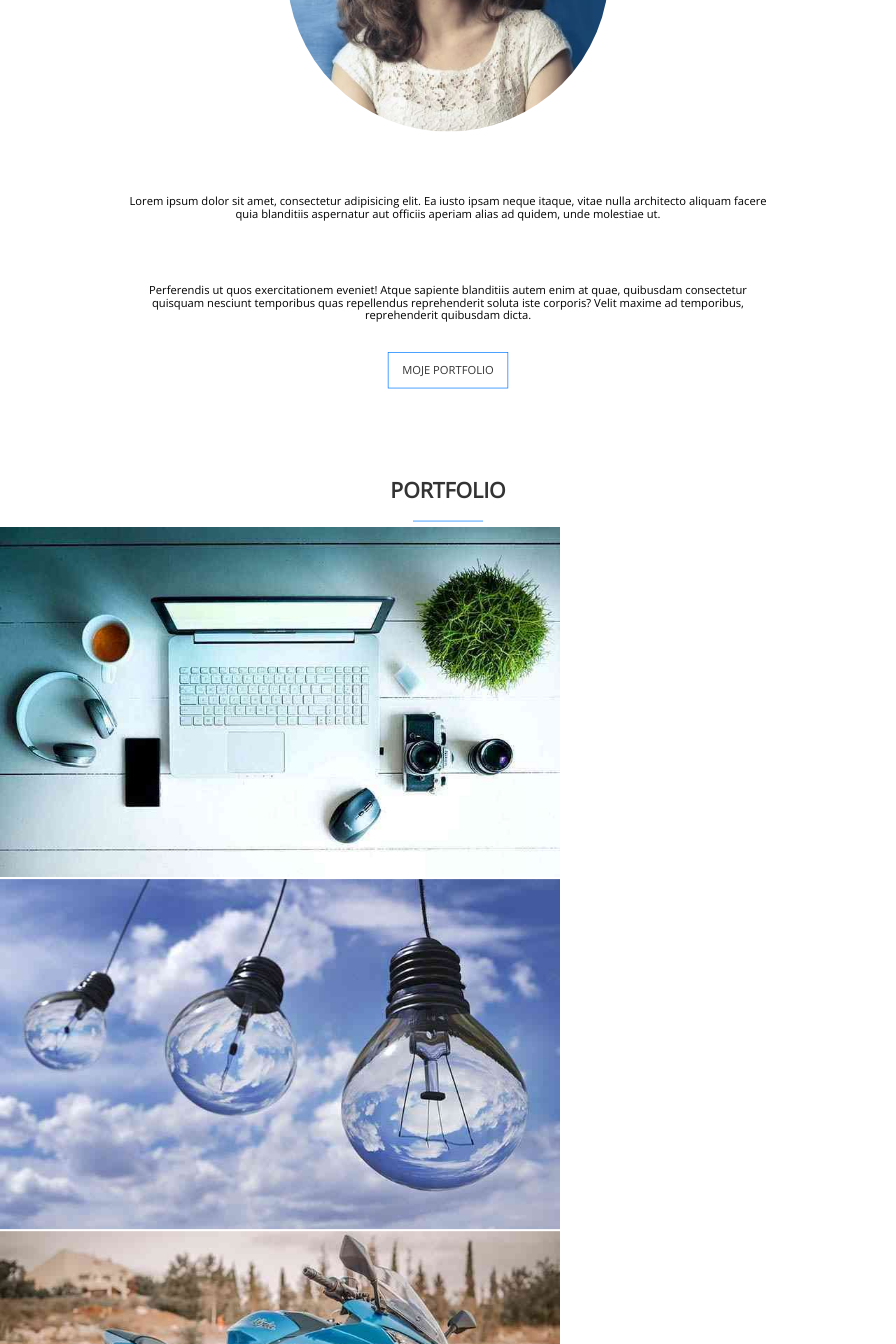
Repository: magdaf41/CSS
Page: zadanie_9/index.html
The author's editor kept a copy of each file at every save. The page is drawn from the files as they stood at one save, then again after a run of saves.
The browser window is 1280 px wide. The pictures show the part of the page from y = 1087 to 3007 px (the page is 8093 px tall before and 7987 px after), at 70% of full size.

Above is the page before, as saved 2020-08-26 20:17:51.

After the next 2 saves:
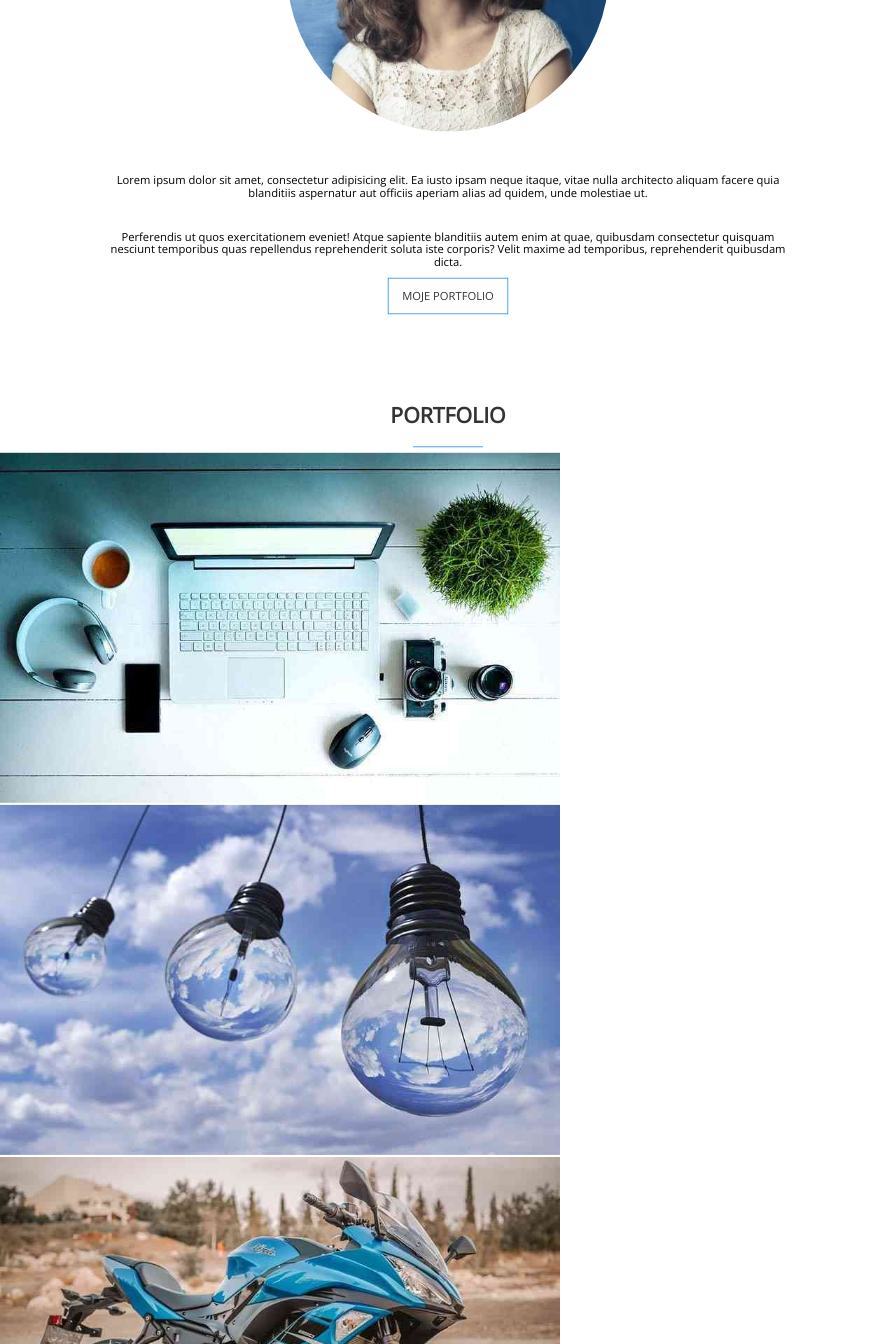
The 2 saves are shown as one change because they came seconds apart.
The last was saved 29 s later.
--- a/zadanie_9/css/style.css
+++ b/zadanie_9/css/style.css
@@ -118,6 +118,6 @@ hr {
 }
 
 #about p {
-    margin: 30px;
-    padding: 30px;
+
+    padding: 14px 20px;
 }
